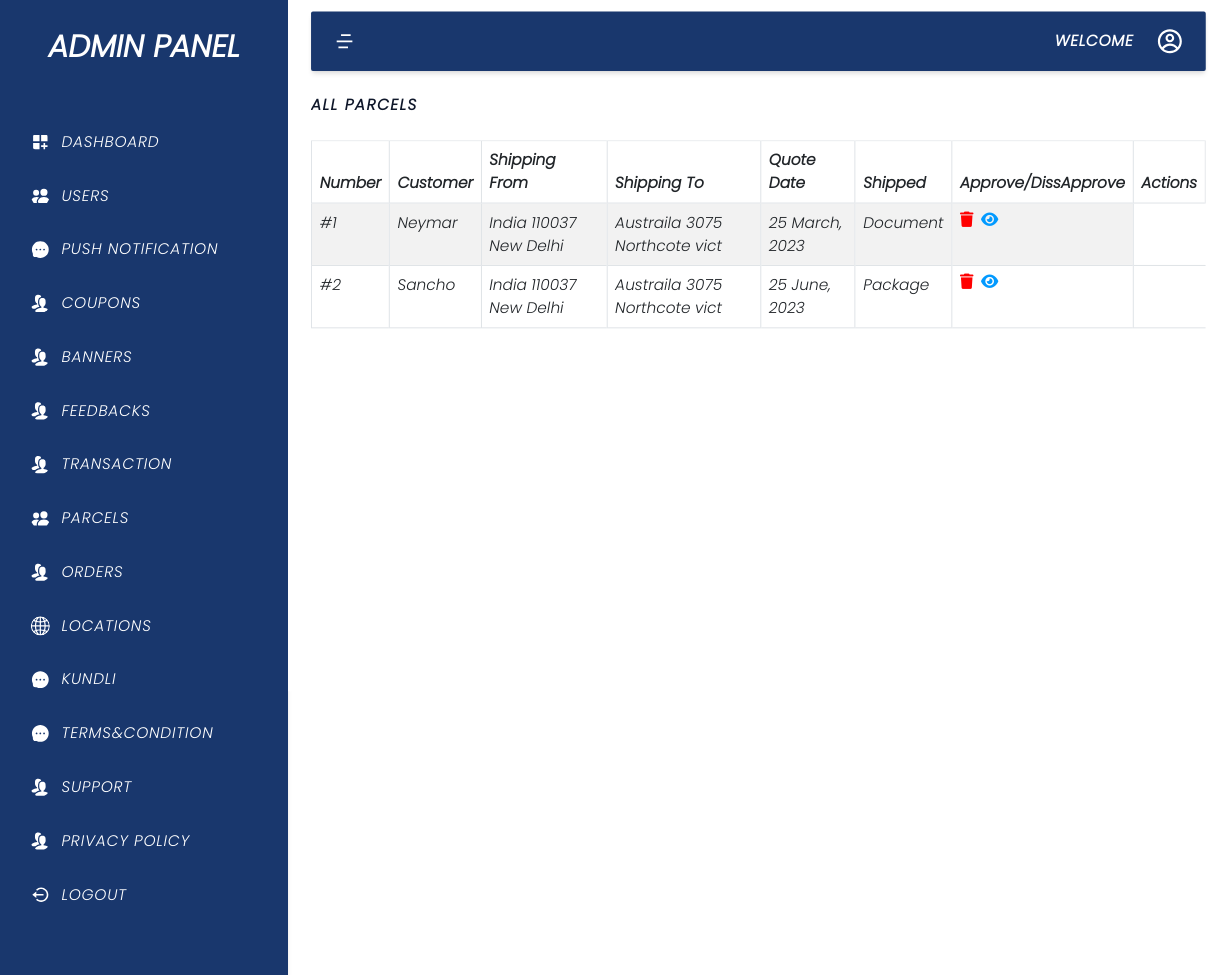
Repository: FlyweisReact/sarita
Page: /astro
These files come from the project's save history. The page is drawn as it stood at one moment and after the next save; the edit follows.
The browser window is 1280 px wide. The pictures show the whole page, at 96% of full size.
Some web libraries are served in a nearby version. The project was rebuilt for these pictures with package versions that can differ from the ones it lists, and the page was loaded fresh each time. Also part of the build but not shown: src/vendorPanel/forms/VendorLogin.jsx, src/vendorPanel/pages/AdminDiscount.js, src/vendorPanel/pages/AdminReview.js, src/vendorPanel/pages/Banners.js, src/vendorPanel/pages/Booking.js, src/vendorPanel/pages/Horoscope.js, src/vendorPanel/pages/Kundli.js, src/vendorPanel/pages/Message.js and 8 more.

Above is the page before, as saved 2023-04-19 13:03:20.

After the next save:
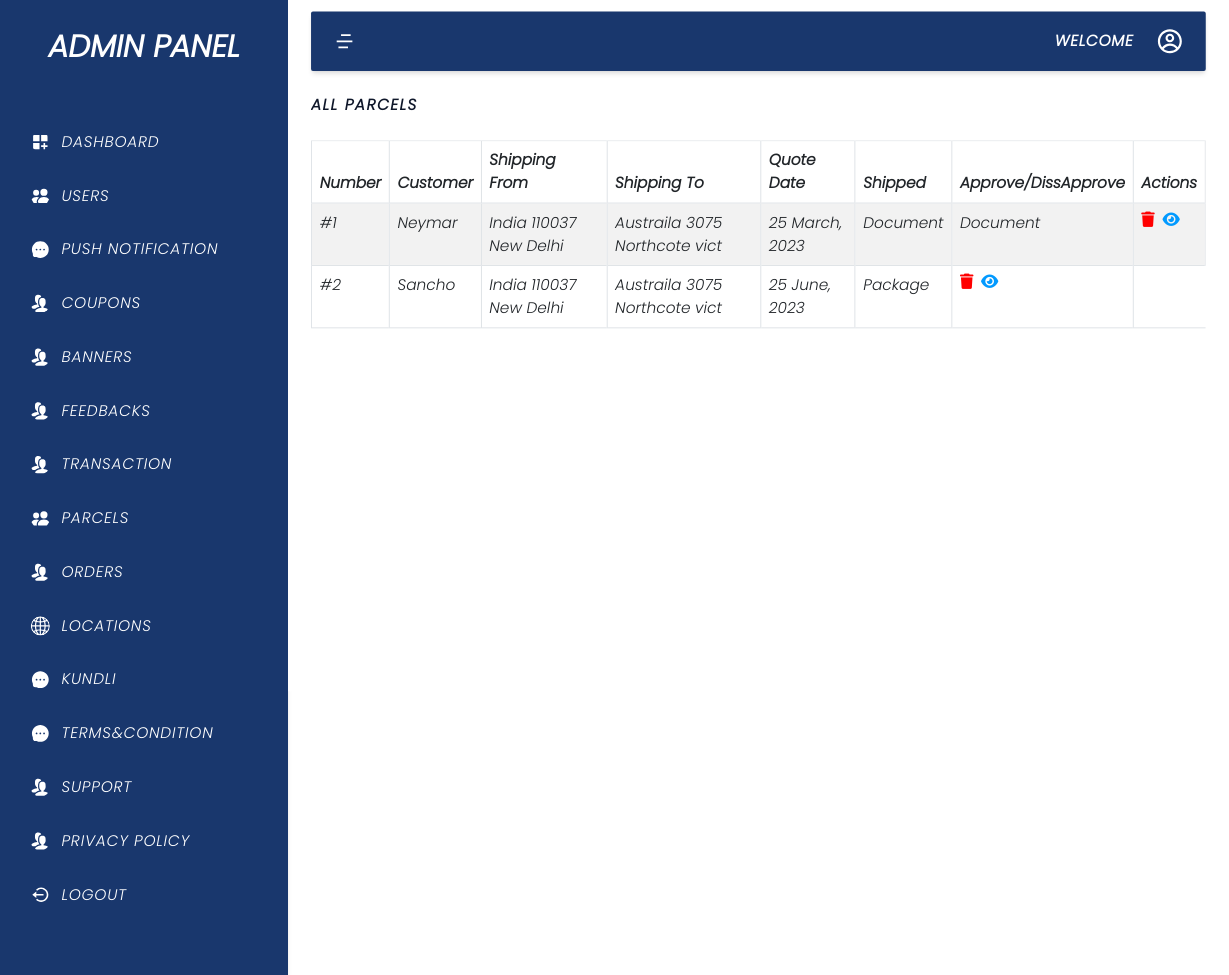
Saved 6 s later.
--- a/src/vendorPanel/pages/Astrologers.js
+++ b/src/vendorPanel/pages/Astrologers.js
@@ -190,6 +190,7 @@ const Astrologers = () => {
               <td>India 110037 New Delhi</td>
               <td>Austraila 3075 Northcote vict</td>
               <td>25 March, 2023</td>
+              <td>Document</td>
               <td>Document</td>
                 <td>
                   <span className="d-flex gap-2">
